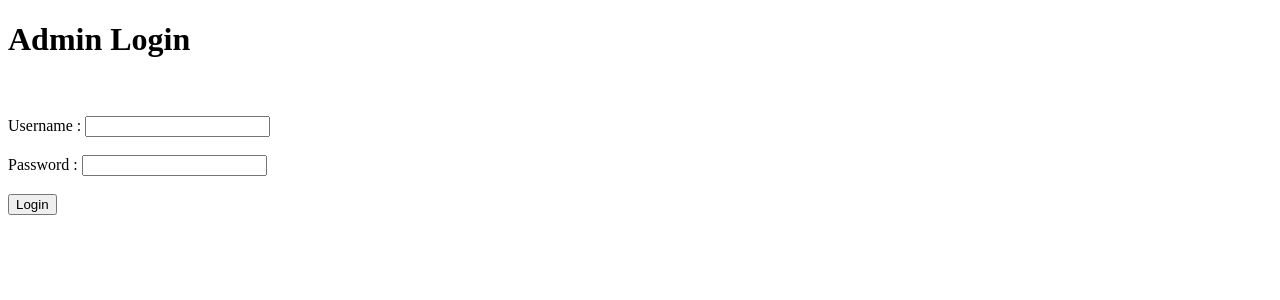
Repository: vaibhavahi017/Registration-Form-by-adv-java
Page: ECommerce/src/main/webapp/AdminLogin.html
These files come from the project's save history. The page is drawn as it stood at one moment and after the next save; the edit follows.
The browser window is 1280 px wide. The pictures show the whole page.

Above is the page before, as saved 2026-10-26 10:29:47.

### ECommerce/src/main/webapp/AdminLogin.html
<!DOCTYPE html>
<html>
<head>
<meta charset="UTF-8">
<title>Insert title here</title>
</head>
<body>
<h1>Admin Login</h1><br><br>

<form action="als" method="post">
Username : <input type="text " name="aname"><br><br>
Password : <input type="text" name="apwd"><br><br>

<input type="submit" value="Login">
</body>
</html>

After the next save:
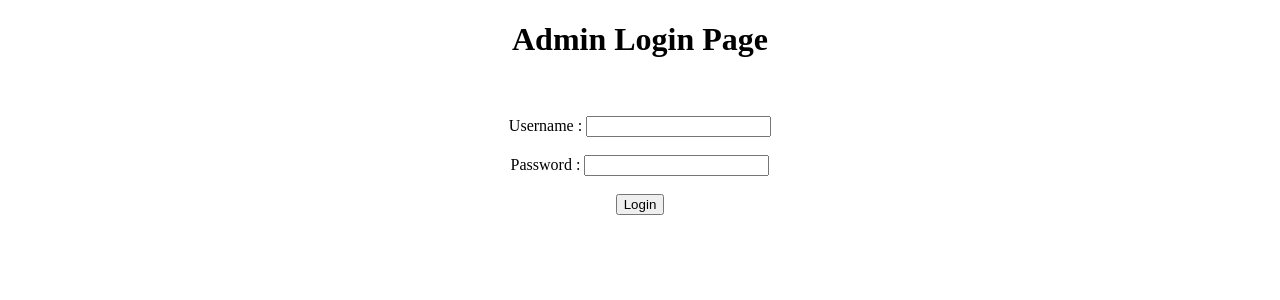
Saved 6 h 23 min later.
--- a/ECommerce/src/main/webapp/AdminLogin.html
+++ b/ECommerce/src/main/webapp/AdminLogin.html
@@ -5,12 +5,14 @@
 <title>Insert title here</title>
 </head>
 <body>
-<h1>Admin Login</h1><br><br>
+<center>
+<h1>Admin Login Page</h1><br><br>
 
-<form action="als" method="post">
+<form action="alog" method="post">
 Username : <input type="text " name="aname"><br><br>
 Password : <input type="text" name="apwd"><br><br>
 
 <input type="submit" value="Login">
+</center>
 </body>
 </html>
